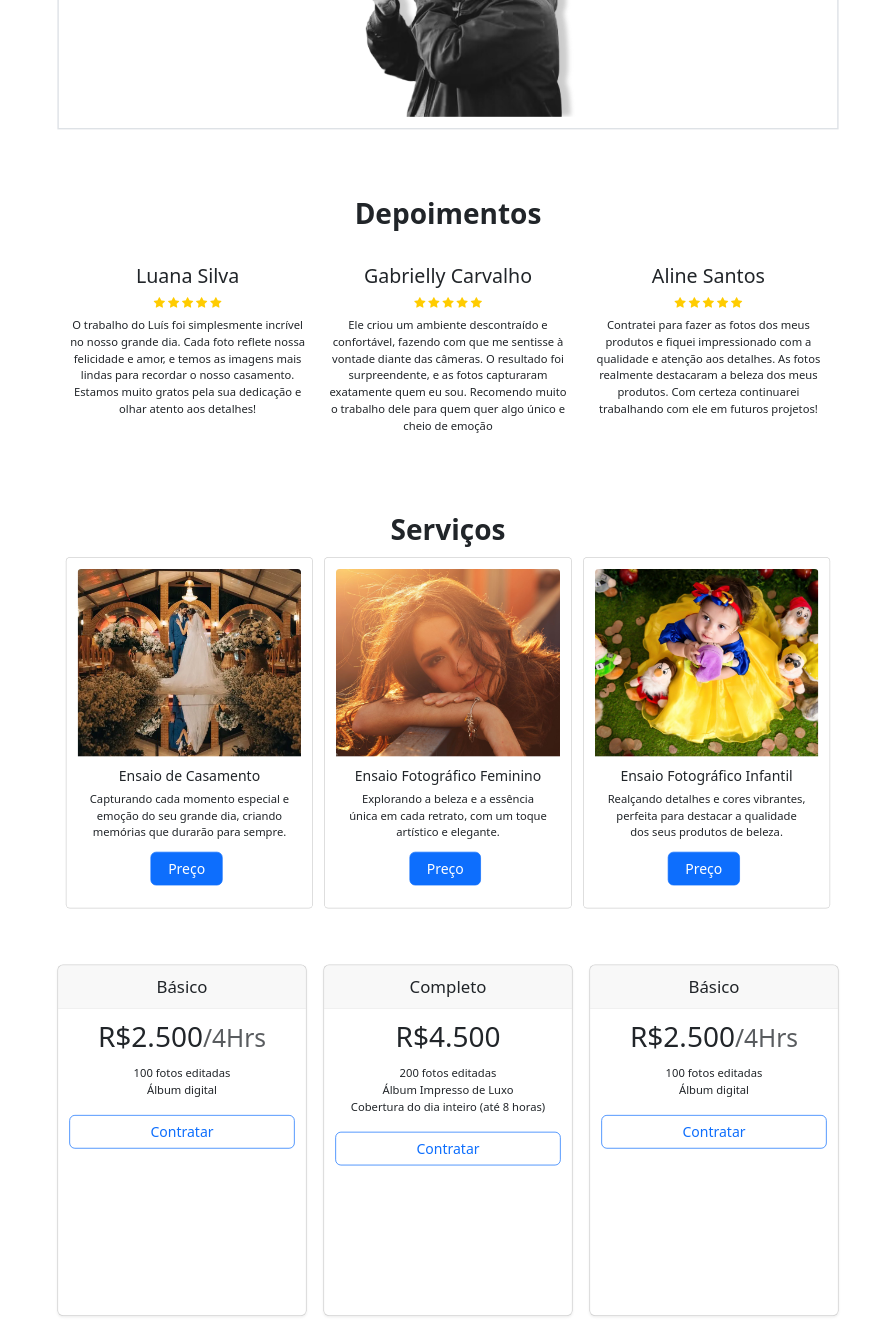
Repository: Marinalr-25/portifolio-fotografia
Page: index.html
An editor plug-in stored every save of this project. The page is shown before and after the next save, followed by the edit.
The browser window is 1280 px wide. The pictures show the part of the page from y = 2107 to 4027 px (the page is 4027 px tall), at 70% of full size.
A picture or video elsewhere on the page could not be fetched, so the positions and the page height are approximate.

Above is the page before, as saved 2025-01-20 13:37:44.

### index.html
<!DOCTYPE html>
<html lang="pt-BR" data-bs-theme="dark">
  <head>
    <meta charset="utf-8" />
    <meta name="viewport" content="width=device-width, initial-scale=1" />
    <title>Portifolio Fotográfia</title>
    <link
      href="https://cdn.jsdelivr.net/npm/bootstrap@5.3.3/dist/css/bootstrap.min.css"
      rel="stylesheet"
      integrity="sha384-QWTKZyjpPEjISv5WaRU9OFeRpok6YctnYmDr5pNlyT2bRjXh0JMhjY6hW+ALEwIH"
      crossorigin="anonymous"
    />
    <!-- Bootstrap Icons -->
    <link
      href="https://cdn.jsdelivr.net/npm/bootstrap-icons/font/bootstrap-icons.css"
      rel="stylesheet"
    />
    <link rel="stylesheet" href="css/style.css" />
  </head>
  <body>
    <!-- Header -->
    <div class="container">
      <header
        class="d-flex flex-wrap justify-content-center py-3 mb-4 border-bottom fixed-top header header-light"
      >
        <a
          href="/"
          class="d-flex align-items-center mb-3 mb-md-0 me-md-auto link-body-emphasis text-decoration-none"
        >
          <svg
            xmlns="http://www.w3.org/2000/svg"
            width="40"
            height="32"
            class="d-block m-4 my-1 m"
            viewBox="0 0 118 94"
            role="img"
          >
            <title>Bootstrap</title>
            <path
              fill-rule="evenodd"
              clip-rule="evenodd"
              d="M24.509 0c-6.733 0-11.715 5.893-11.492 12.284.214 6.14-.064 14.092-2.066 20.577C8.943 39.365 5.547 43.485 0 44.014v5.972c5.547.529 8.943 4.649 10.951 11.153 2.002 6.485 2.28 14.437 2.066 20.577C12.794 88.106 17.776 94 24.51 94H93.5c6.733 0 11.714-5.893 11.491-12.284-.214-6.14.064-14.092 2.066-20.577 2.009-6.504 5.396-10.624 10.943-11.153v-5.972c-5.547-.529-8.934-4.649-10.943-11.153-2.002-6.484-2.28-14.437-2.066-20.577C105.214 5.894 100.233 0 93.5 0H24.508zM80 57.863C80 66.663 73.436 72 62.543 72H44a2 2 0 01-2-2V24a2 2 0 012-2h18.437c9.083 0 15.044 4.92 15.044 12.474 0 5.302-4.01 10.049-9.119 10.88v.277C75.317 46.394 80 51.21 80 57.863zM60.521 28.34H49.948v14.934h8.905c6.884 0 10.68-2.772 10.68-7.727 0-4.643-3.264-7.207-9.012-7.207zM49.948 49.2v16.458H60.91c7.167 0 10.964-2.876 10.964-8.281 0-5.406-3.903-8.178-11.425-8.178H49.948z"
              fill="currentColor"
            ></path>
          </svg>
          <span class="fs-4">Fotográfo Bootstrap</span>
        </a>

        <ul class="nav nav-pills">
          <li class="nav-item">
            <a href="#home" class="nav-link" aria-current="page">Home</a>
          </li>
          <li class="nav-item">
            <a href="#galeria" class="nav-link">Galeria</a>
          </li>
          <li class="nav-item">
            <a href="#sobre" class="nav-link">Sobre mim</a>
          </li>
          <li class="nav-item">
            <a href="#clientes" class="nav-link">Depoimentos</a>
          </li>
          <li class="nav-item">
            <a href="#servicos" class="nav-link">Serviços</a>
          </li>
          <li class="nav-item">
            <a href="#contato" class="nav-link">Contato</a>
          </li>
          <button id="toggleThemeBtn" class="btn btn-light me-3">
            <i id="themeIcon" class="bi bi-brightness-high"></i>
          </button>
        </ul>
      </header>
    </div>

    <!-- Hero -->
    <div id="home" class="container col-xxl-8 px-4 py-5">
      <div class="row flex-lg-row-reverse align-items-center g-5 py-5">
        <div class="col-10 col-sm-8 col-lg-6">
          <img
            src="src/fotografiaHero.jpg"
            class="d-block mx-lg-auto img-fluid img-hero"
            alt="Bootstrap Themes"
            width="700"
            height="500"
            loading="lazy"
          />
        </div>
        <div class="col-lg-6">
          <h1 class="fw-bold text-body-emphasis lh-1 mb-3">
            Capturando Momentos, Criando Memórias
          </h1>
          <p class="lead">
            Com uma abordagem única e criativa, busco capturar a essência de
            cada cena e emoção. Meu trabalho é uma mistura de técnica, paixão e
            sensibilidade. Através da minha lente, tento criar imagens que falam
            por si mesmas.
          </p>
          <div class="d-grid gap-2 d-md-flex justify-content-md-start">
            <button type="button" class="btn btn-primary btn-lg px-4 me-md-2">
              Veja meu trabalho
            </button>
            <button type="button" class="btn btn-outline-secondary btn-lg px-4">
              Entre em Contato
            </button>
          </div>
        </div>
      </div>
    </div>

    <!-- Galeria -->
    <div id="galeria" class="container text-center col-xxl-8 px-4 py-5">
      <h1 class="fw-bold mb-3">Galeria</h1>
      <div class="row">
        <div class="col-sm-6 col-md-4 col-lg-3 text-center mb-4">
          <img
            class="ensaio object-fit-cover img-thumbnail"
            src="src/galeria-ensaio1.jpg"
            alt="ensaio 1"
          />
        </div>
        <div class="caixa col-sm-6 col-md-4 col-lg-3 mb-4">
          <img
            class="ensaio object-fit-cover img-thumbnail"
            src="src/galeria-ensaio2.jpg"
            alt="ensaio 1"
          />
        </div>
        <div class="col-sm-6 col-md-4 col-lg-3 mb-4">
          <img
            class="ensaio object-fit-cover border rounded img-thumbnail"
            src="src/galeria-ensaio3.jpg"
            alt="ensaio 1"
          />
        </div>
        <div class="col-sm-6 col-md-4 col-lg-3 mb-4">
          <img
            class="ensaio object-fit-cover img-thumbnail"
            src="src/galeria-ensaio4.jpg"
            alt="ensaio 1"
          />
        </div>
        <div class="col-sm-6 col-md-4 col-lg-3 mb-4">
          <img
            class="ensaio object-fit-cover img-thumbnail"
            src="src/galeria-ensaio5.jpg"
            alt="ensaio 1"
          />
        </div>
        <div class="col-sm-6 col-md-4 col-lg-3 mb-4">
          <img
            class="ensaio menino object-fit-cover img-thumbnail"
            src="src/galeria-ensaio6.jpg"
            alt="ensaio 1"
          />
        </div>
        <div class="col-sm-6 col-md-4 col-lg-3 mb-4">
          <img
            class="ensaio object-fit-cover img-thumbnail"
            src="src/galeria-ensaio7.jpg"
            alt="ensaio 1"
          />
        </div>
        <div class="col-sm-6 col-md-4 col-lg-3 mb-4">
          <img
            class="ensaio object-fit-cover img-thumbnail"
            src="src/galeria-ensaio8.jpeg"
            alt="ensaio 1"
          />
        </div>
      </div>
    </div>

    <!-- Sobre mim -->
    <div id="sobre" class="container px-4 py-5">
      <div class="row justify-content-center align-items-center">
        <h1 class="fw-bold mb-3 text-center">Sobre Mim</h1>
        <div
          class="row p-3 border border-2 d-flex justify-content-center align-items-center"
        >
          <div class="col-lg-8 pe-3">
            <p class="lead">
              Olá! Meu nome é Luís, sou fotógrafo apaixonado por capturar a
              beleza do mundo e das pessoas através da minha lente. Desde jovem,
              sempre tive uma afinidade pela arte visual, o que me levou a
              explorar a fotografia como uma forma de expressão.
            </p>
            <p class="lead">
              Com uma formação sólida e experiência prática, minha especialidade
              está em fotografia de retratos, eventos, casamentos e produtos,
              mas sempre busco inovar e desafiar meus próprios limites
              criativos. Acredito que cada fotografia conta uma história única e
              é capaz de transmitir emoções que palavras não podem expressar.
            </p>
            <p class="lead">
              A fotografia para mim é mais do que apenas um trabalho – é uma
              paixão que me permite conectar com o mundo e com as pessoas de uma
              maneira muito especial. Cada clique é uma oportunidade de
              eternizar sentimentos, momentos e histórias.
            </p>
            <p class="lead">
              Estou sempre em busca de novas experiências e oportunidades para
              expandir minha visão artística e, assim, oferecer o melhor para
              cada pessoa que confia em meu trabalho.
            </p>
          </div>
          <div class="fotografo"></div>
        </div>
      </div>
    </div>

    <!-- Clientes -->
    <div id="clientes" class="container col-xxl-8 px-4 py-5">
      <div class="col mx-auto">
        <h1 class="fw-bold text-center mb-5">Depoimentos</h1>
        <div class="row">
          <div class="col-lg-4 text-center">
            <h3>Luana Silva</h3>
            <div class="mb-2">
              <i class="bi bi-star-fill estrela"></i>
              <i class="bi bi-star-fill estrela"></i>
              <i class="bi bi-star-fill estrela"></i>
              <i class="bi bi-star-fill estrela"></i>
              <i class="bi bi-star-fill estrela"></i>
            </div>

            <p>
              O trabalho do Luís foi simplesmente incrível no nosso grande dia.
              Cada foto reflete nossa felicidade e amor, e temos as imagens mais
              lindas para recordar o nosso casamento. Estamos muito gratos pela
              sua dedicação e olhar atento aos detalhes!
            </p>
          </div>
          <div class="col-lg-4 text-center">
            <h3>Gabrielly Carvalho</h3>
            <div class="mb-2">
              <i class="bi bi-star-fill estrela"></i>
              <i class="bi bi-star-fill estrela"></i>
              <i class="bi bi-star-fill estrela"></i>
              <i class="bi bi-star-fill estrela"></i>
              <i class="bi bi-star-fill estrela"></i>
            </div>
            <p>
              Ele criou um ambiente descontraído e confortável, fazendo com que
              me sentisse à vontade diante das câmeras. O resultado foi
              surpreendente, e as fotos capturaram exatamente quem eu sou.
              Recomendo muito o trabalho dele para quem quer algo único e cheio
              de emoção
            </p>
          </div>
          <div class="col-lg-4 text-center">
            <h3>Aline Santos</h3>
            <div class="mb-2">
              <i class="bi bi-star-fill estrela"></i>
              <i class="bi bi-star-fill estrela"></i>
              <i class="bi bi-star-fill estrela"></i>
              <i class="bi bi-star-fill estrela"></i>
              <i class="bi bi-star-fill estrela"></i>
            </div>
            <p>
              Contratei para fazer as fotos dos meus produtos e fiquei
              impressionado com a qualidade e atenção aos detalhes. As fotos
              realmente destacaram a beleza dos meus produtos. Com certeza
              continuarei trabalhando com ele em futuros projetos!
            </p>
          </div>
        </div>
      </div>
    </div>

    <!-- Servicos -->
    <div id="servicos" class="container col-xxl-8 px-4 py-5 p-4 text-center">
      <h1 class="fw-bold mb-3">Serviços</h1>
      <div class="row g-3 mb-4">
        <div class="col-lg-4 col-12">
          <div class="card p-3 mb-2">
            <img
              src="src/casamento.webp"
              class="card-img-top"
              alt="ensaio fotografico de casamento"
            />
            <div class="card-body">
              <h5 class="card-title">Ensaio de Casamento</h5>
              <p class="card-text">
                Capturando cada momento especial e emoção do seu grande dia,
                criando memórias que durarão para sempre.
              </p>
              <button
                id="precoCasamento"
                type="button"
                class="btn btn-primary btn-lg px-4 me-md-2"
              >
                Preço
              </button>
            </div>
          </div>
        </div>
        <div class="col-lg-4 col-12">
          <div class="card p-3 mb-2">
            <img
              src="src/ensaiofotografico.jpeg"
              class="card-img-top"
              alt="ensaio fotografico de uma mulher"
            />
            <div class="card-body">
              <h5 class="card-title">Ensaio Fotográfico Feminino</h5>
              <p class="card-text">
                Explorando a beleza e a essência única em cada retrato, com um
                toque artístico e elegante.
              </p>
              <button
                id="precoFeminino"
                type="button"
                class="btn btn-primary btn-lg px-4 me-md-2"
              >
                Preço
              </button>
            </div>
          </div>
        </div>
        <div class="col-lg-4 col-12">
          <div class="card p-3 mb-2">
            <img
              src="src/crianca.jpeg"
              class="card-img-top"
              alt="ensaio fotografico de produto (maquiagem)"
            />
            <div class="card-body">
              <h5 class="card-title">Ensaio Fotográfico Infantil</h5>
              <p class="card-text">
                Realçando detalhes e cores vibrantes, perfeita para destacar a
                qualidade dos seus produtos de beleza.
              </p>
              <button
                id="precoCrianca"
                type="button"
                class="btn btn-primary btn-lg px-4 me-md-2"
              >
                Preço
              </button>
            </div>
          </div>
        </div>
      </div>
    </div>

    <!-- Preco -->
    <div class="container casamento">
      <div class="row row-cols-1 row-cols-md-3 mb-3 text-center">
        <div class="col">
          <div class="card mb-4 rounded-3 shadow-sm">
            <div class="card-header py-3">
              <h4 class="my-0 fw-normal">Básico</h4>
            </div>
            <div class="card-body">
              <h1 class="card-title pricing-card-title">
                R$2.500<small class="text-body-secondary fw-light">/4Hrs</small>
              </h1>
              <ul class="list-unstyled mt-3 mb-4">
                <li>100 fotos editadas</li>
                <li>Álbum digital</li>
              </ul>
              <button
                type="button"
                class="w-100 btn btn-lg btn-outline-primary"
              >
                Contratar
              </button>
            </div>
          </div>
        </div>
        <div class="col">
          <div class="card mb-4 rounded-3 shadow-sm">
            <div class="card-header py-3">
              <h4 class="my-0 fw-normal">Completo</h4>
            </div>
            <div class="card-body">
              <h1 class="card-title pricing-card-title">R$4.500</h1>
              <ul class="list-unstyled mt-3 mb-4">
                <li>200 fotos editadas</li>
                <li>Álbum Impresso de Luxo</li>
                <li>Cobertura do dia inteiro (até 8 horas)</li>
              </ul>
              <button
                type="button"
                class="w-100 btn btn-lg btn-outline-primary"
              >
                Contratar
              </button>
            </div>
          </div>
        </div>
        <div class="col">
          <div class="card mb-4 rounded-3 shadow-sm">
            <div class="card-header py-3">
              <h4 class="my-0 fw-normal">Básico</h4>
            </div>
            <div class="card-body">
              <h1 class="card-title pricing-card-title">
                R$2.500<small class="text-body-secondary fw-light">/4Hrs</small>
              </h1>
              <ul class="list-unstyled mt-3 mb-4">
                <li>100 fotos editadas</li>
                <li>Álbum digital</li>
              </ul>
              <button
                type="button"
                class="w-100 btn btn-lg btn-outline-primary"
              >
                Contratar
              </button>
            </div>
          </div>
        </div>
      </div>
    </div>

    <script
      src="https://cdn.jsdelivr.net/npm/@popperjs/core@2.11.8/dist/umd/popper.min.js"
      integrity="sha384-I7E8VVD/ismYTF4hNIPjVp/Zjvgyol6VFvRkX/vR+Vc4jQkC+hVqc2pM8ODewa9r"
      crossorigin="anonymous"
    ></script>
    <script
      src="https://cdn.jsdelivr.net/npm/bootstrap@5.3.3/dist/js/bootstrap.min.js"
      integrity="sha384-0pUGZvbkm6XF6gxjEnlmuGrJXVbNuzT9qBBavbLwCsOGabYfZo0T0to5eqruptLy"
      crossorigin="anonymous"
    ></script>
    <script src="js/script.js"></script>
  </body>
</html>

### css/style.css
/* Style Bootstrap */

.bd-placeholder-img {
  font-size: 1.125rem;
  text-anchor: middle;
  -webkit-user-select: none;
  -moz-user-select: none;
  user-select: none;
}

@media (min-width: 768px) {
  .bd-placeholder-img-lg {
    font-size: 3.5rem;
  }
}

.b-example-divider {
  width: 100%;
  height: 3rem;
  background-color: rgba(0, 0, 0, 0.1);
  border: solid rgba(0, 0, 0, 0.15);
  border-width: 1px 0;
  box-shadow: inset 0 0.5em 1.5em rgba(0, 0, 0, 0.1),
    inset 0 0.125em 0.5em rgba(0, 0, 0, 0.15);
}

.b-example-vr {
  flex-shrink: 0;
  width: 1.5rem;
  height: 100vh;
}

.bi {
  vertical-align: -0.125em;
  fill: currentColor;
}

.nav-scroller {
  position: relative;
  z-index: 2;
  height: 2.75rem;
  overflow-y: hidden;
}

.nav-scroller .nav {
  display: flex;
  flex-wrap: nowrap;
  padding-bottom: 1rem;
  margin-top: -1px;
  overflow-x: auto;
  text-align: center;
  white-space: nowrap;
  -webkit-overflow-scrolling: touch;
}

.btn-bd-primary {
  --bd-violet-bg: #712cf9;
  --bd-violet-rgb: 112.520718, 44.062154, 249.437846;

  --bs-btn-font-weight: 600;
  --bs-btn-color: var(--bs-white);
  --bs-btn-bg: var(--bd-violet-bg);
  --bs-btn-border-color: var(--bd-violet-bg);
  --bs-btn-hover-color: var(--bs-white);
  --bs-btn-hover-bg: #6528e0;
  --bs-btn-hover-border-color: #6528e0;
  --bs-btn-focus-shadow-rgb: var(--bd-violet-rgb);
  --bs-btn-active-color: var(--bs-btn-hover-color);
  --bs-btn-active-bg: #5a23c8;
  --bs-btn-active-border-color: #5a23c8;
}

.bd-mode-toggle {
  z-index: 1500;
}

.bd-mode-toggle .dropdown-menu .active .bi {
  display: block !important;
}

/* CSS próprio */
#galeria,
#sobre,
#clientes {
  scroll-margin-top: 50px;
}
/* Header */
.header-light {
  background-color: #fff;
  color: #000;
}

.header-dark {
  background-color: #212529;
  color: #fff;
}

/* Hero */
.img-hero {
  width: 1000px;
}

/* Galeria */
.ensaio {
  width: 100%;
  height: 250px;
}

.card {
  height: 502px;
}

/* sobre mim */
.fotografo {
  background-image: url(/src/fotografosombracortada.png);
  background-position: center;
  background-repeat: no-repeat;
  background-size: contain;
  width: 364px;
  height: 308px;
}

/* Clientes */
.estrela {
  color: #ffcc00;
}

/* Servico */
.card-img-top {
  width: 100%;
  height: 300px;
  object-fit: cover;
}

.menino {
  object-position: 50% 35%;
}

.casamento {
  display: block;
}

### js/script.js
const toggleThemeBtn = document.getElementById('toggleThemeBtn');
const themeIcon = document.getElementById('themeIcon');
const header = document.querySelector('.header');
const body = document.body;

// Função para definir o ícone, tema e a classe do botão ao carregar a página
function setInitialTheme() {
  if (body.getAttribute('data-bs-theme') === 'dark') {
    themeIcon.classList.remove('bi-brightness-high');
    themeIcon.classList.add('bi-moon-stars-fill');
    toggleThemeBtn.classList.remove('btn-light');
    toggleThemeBtn.classList.add('btn-dark');
  } else {
    body.setAttribute('data-bs-theme', 'light');
    themeIcon.classList.remove('bi-moon-stars-fill');
    themeIcon.classList.add('bi-brightness-high');
    toggleThemeBtn.classList.remove('btn-dark');
    toggleThemeBtn.classList.add('btn-light');
  }
}

// Definir o tema inicial ao carregar
setInitialTheme();

toggleThemeBtn.addEventListener('click', () => {
  if (body.getAttribute('data-bs-theme') === 'dark') {
    body.setAttribute('data-bs-theme', 'light');
    themeIcon.classList.remove('bi-moon-stars-fill');
    themeIcon.classList.add('bi-brightness-high');
    header.classList.remove('header-dark');
    header.classList.add('header-light');
    toggleThemeBtn.classList.remove('btn-dark');
    toggleThemeBtn.classList.add('btn-light');
  } else {
    body.setAttribute('data-bs-theme', 'dark');
    themeIcon.classList.remove('bi-brightness-high');
    themeIcon.classList.add('bi-moon-stars-fill');
    header.classList.remove('header-light');
    header.classList.add('header-dark');
    toggleThemeBtn.classList.remove('btn-light');
    toggleThemeBtn.classList.add('btn-dark');
  }
});

After the next save:
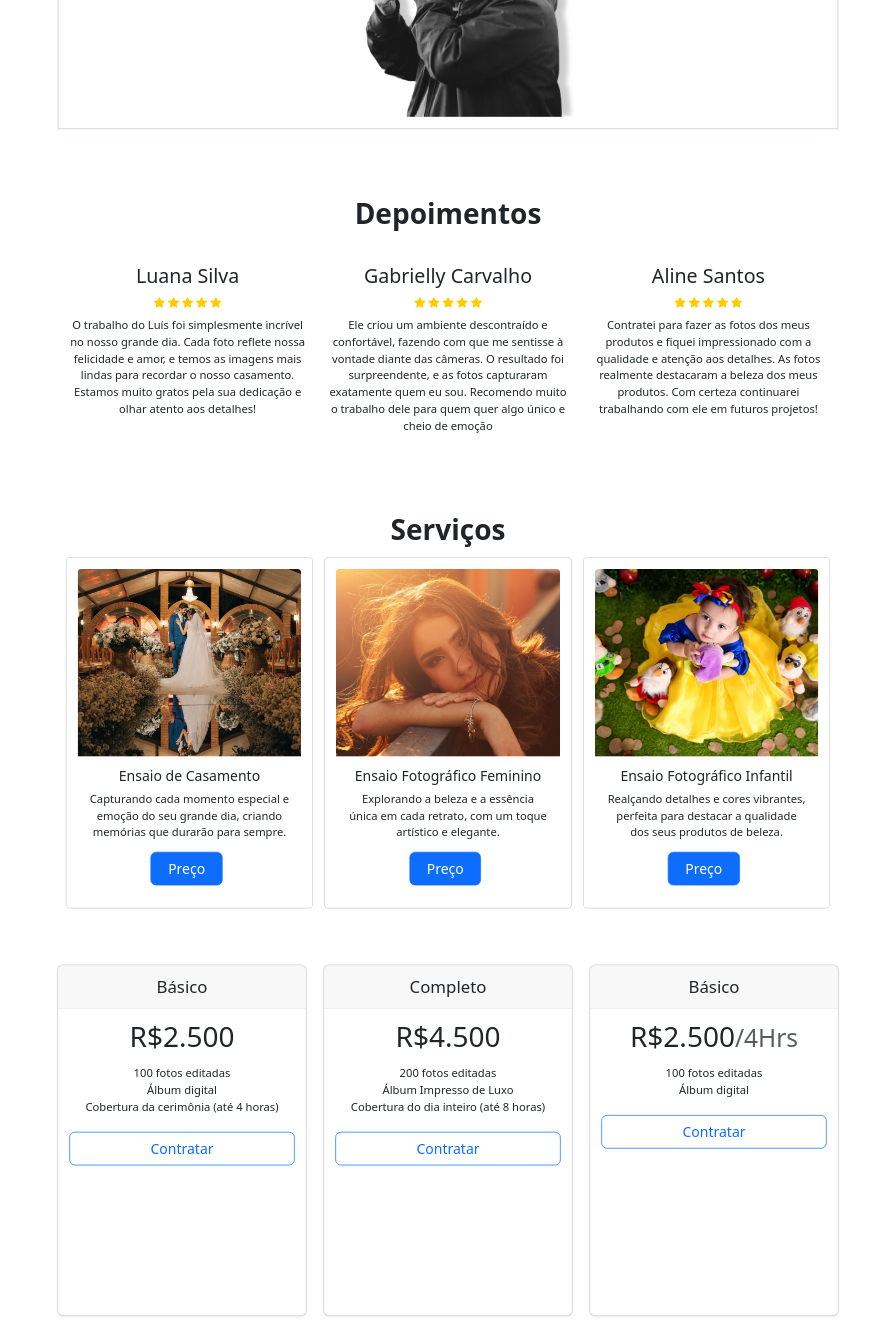
Saved 41 s later.
--- a/index.html
+++ b/index.html
@@ -352,12 +352,11 @@
               <h4 class="my-0 fw-normal">Básico</h4>
             </div>
             <div class="card-body">
-              <h1 class="card-title pricing-card-title">
-                R$2.500<small class="text-body-secondary fw-light">/4Hrs</small>
-              </h1>
+              <h1 class="card-title pricing-card-title">R$2.500</h1>
               <ul class="list-unstyled mt-3 mb-4">
                 <li>100 fotos editadas</li>
                 <li>Álbum digital</li>
+                <li>Cobertura da cerimônia (até 4 horas)</li>
               </ul>
               <button
                 type="button"
